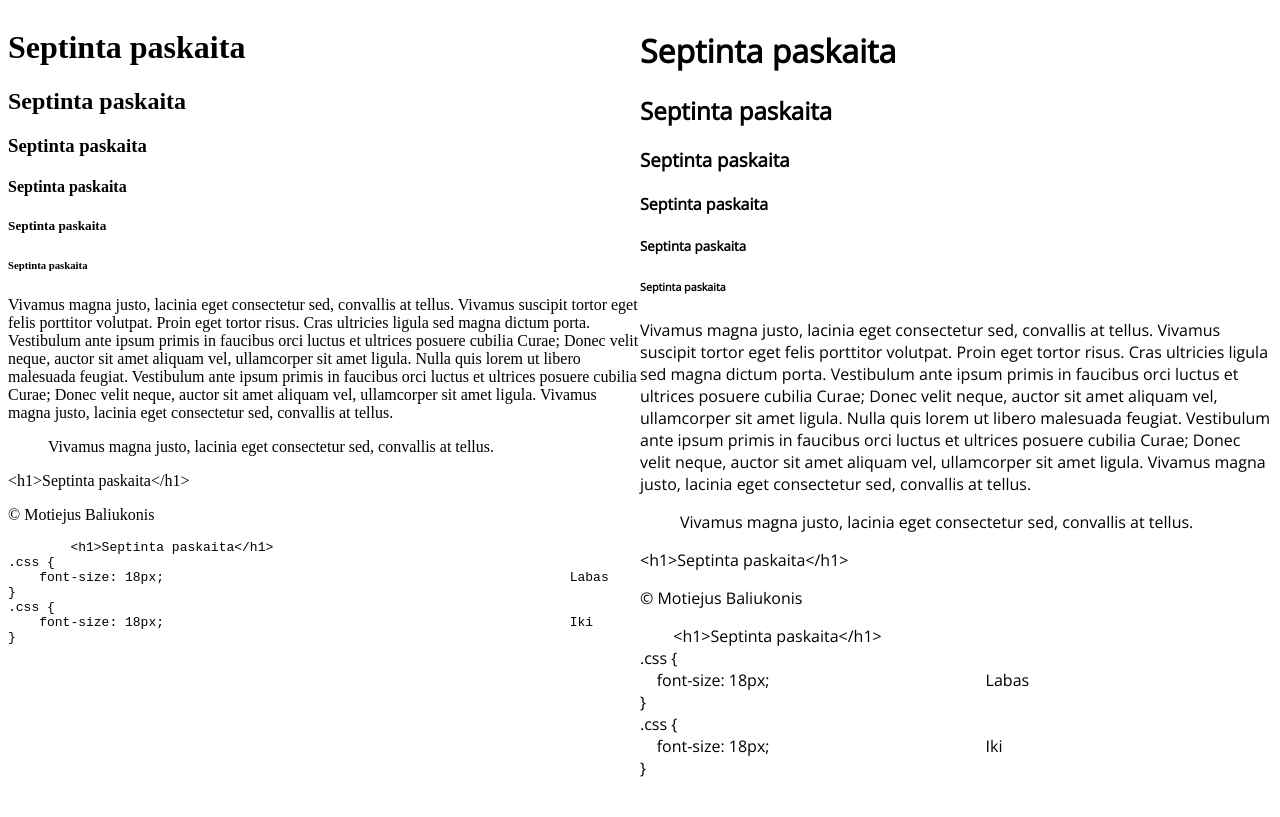
Repository: motiejus1/07-paskaita-05.31
Page: index.html
The author's editor kept a copy of each file at every save. The page is drawn from the files as they stood at one save, then again after the next save.
The browser window is 1280 px wide. The pictures show the whole page.

Above is the page before, as saved 2021-06-10 19:41:53.

### index.html
<!DOCTYPE html>
<html lang="en">
<head>
    <meta charset="UTF-8">
    <meta http-equiv="X-UA-Compatible" content="IE=edge">
    <meta name="viewport" content="width=device-width, initial-scale=1.0">
    <title>Septinta paskaita</title>

    <link rel="preconnect" href="https://fonts.gstatic.com">
    <link href="https://fonts.googleapis.com/css2?family=Open+Sans&display=swap" rel="stylesheet">
    <style>
        .container {
            width: 100%;
        }

        .left, .right {
            float:left;
            width: 50%;
        }

        .right {
            font-family: 'Open Sans', sans-serif;
        }

        .right pre {
            font-family: 'Open Sans', sans-serif;
        }


        .right h1 {
            /* font-family: 'Open Sans', sans-serif; */
        }

        .right h2 {

        }

    </style>
</head>
<body>
    <div class="container">
        <div class="left">
            <h1>Septinta paskaita</h1>
            <h2>Septinta paskaita</h2>
            <h3>Septinta paskaita</h3>
            <h4>Septinta paskaita</h4>
            <h5>Septinta paskaita</h5>
            <h6>Septinta paskaita</h6>

            <p>Vivamus magna justo, lacinia eget consectetur sed, convallis at tellus. Vivamus suscipit tortor eget felis porttitor volutpat. Proin eget tortor risus. Cras ultricies ligula sed magna dictum porta. Vestibulum ante ipsum primis in faucibus orci luctus et ultrices posuere cubilia Curae; Donec velit neque, auctor sit amet aliquam vel, ullamcorper sit amet ligula. Nulla quis lorem ut libero malesuada feugiat. Vestibulum ante ipsum primis in faucibus orci luctus et ultrices posuere cubilia Curae; Donec velit neque, auctor sit amet aliquam vel, ullamcorper sit amet ligula. Vivamus magna justo, lacinia eget consectetur sed, convallis at tellus.</p>

            <blockquote>Vivamus magna justo, lacinia eget consectetur sed, convallis at tellus.</blockquote>

            <p> &lt;h1&gt;Septinta paskaita&lt;/h1&gt;  </p>
            <p>&copy; Motiejus Baliukonis</p>

            <pre>
        &lt;h1&gt;Septinta paskaita&lt;/h1&gt;
.css {
    font-size: 18px;                                                    Labas
}
.css {
    font-size: 18px;                                                    Iki
}
            </pre>
        </div>
        <div class="right">
            <h1>Septinta paskaita</h1>
            <h2>Septinta paskaita</h2>
            <h3>Septinta paskaita</h3>
            <h4>Septinta paskaita</h4>
            <h5>Septinta paskaita</h5>
            <h6>Septinta paskaita</h6>

            <p>Vivamus magna justo, lacinia eget consectetur sed, convallis at tellus. Vivamus suscipit tortor eget felis porttitor volutpat. Proin eget tortor risus. Cras ultricies ligula sed magna dictum porta. Vestibulum ante ipsum primis in faucibus orci luctus et ultrices posuere cubilia Curae; Donec velit neque, auctor sit amet aliquam vel, ullamcorper sit amet ligula. Nulla quis lorem ut libero malesuada feugiat. Vestibulum ante ipsum primis in faucibus orci luctus et ultrices posuere cubilia Curae; Donec velit neque, auctor sit amet aliquam vel, ullamcorper sit amet ligula. Vivamus magna justo, lacinia eget consectetur sed, convallis at tellus.</p>

            <blockquote>Vivamus magna justo, lacinia eget consectetur sed, convallis at tellus.</blockquote>

            <p> &lt;h1&gt;Septinta paskaita&lt;/h1&gt;  </p>
            <p>&copy; Motiejus Baliukonis</p>

            <pre>
        &lt;h1&gt;Septinta paskaita&lt;/h1&gt;
.css {
    font-size: 18px;                                                    Labas
}
.css {
    font-size: 18px;                                                    Iki
}
            </pre>
        </div>
    </div>
</body>
</html>

After the next save:
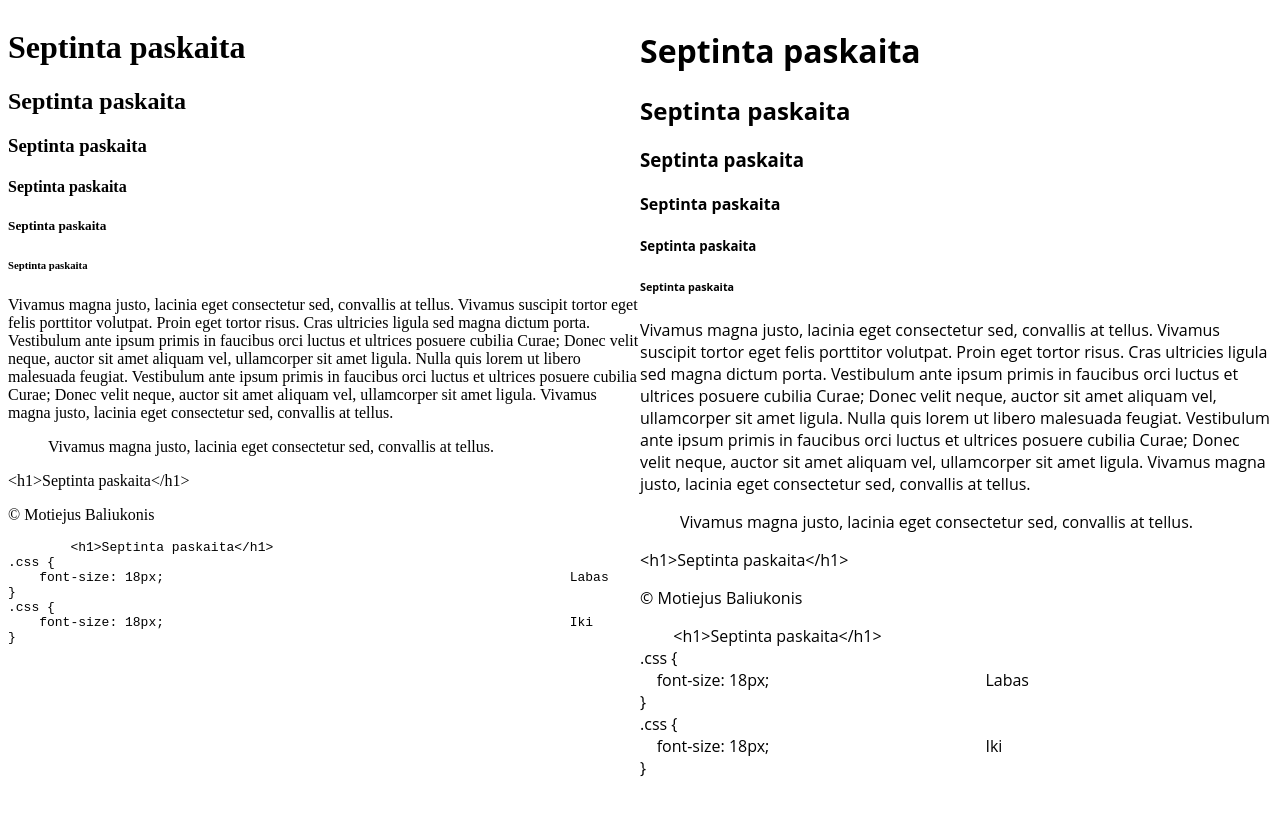
Saved 15 s later.
--- a/index.html
+++ b/index.html
@@ -6,8 +6,8 @@
     <meta name="viewport" content="width=device-width, initial-scale=1.0">
     <title>Septinta paskaita</title>
 
-    <link rel="preconnect" href="https://fonts.gstatic.com">
-    <link href="https://fonts.googleapis.com/css2?family=Open+Sans&display=swap" rel="stylesheet">
+    <!-- <link rel="preconnect" href="https://fonts.gstatic.com">
+    <link href="https://fonts.googleapis.com/css2?family=Open+Sans&display=swap" rel="stylesheet"> -->
     <style>
         .container {
             width: 100%;

After the save that followed:
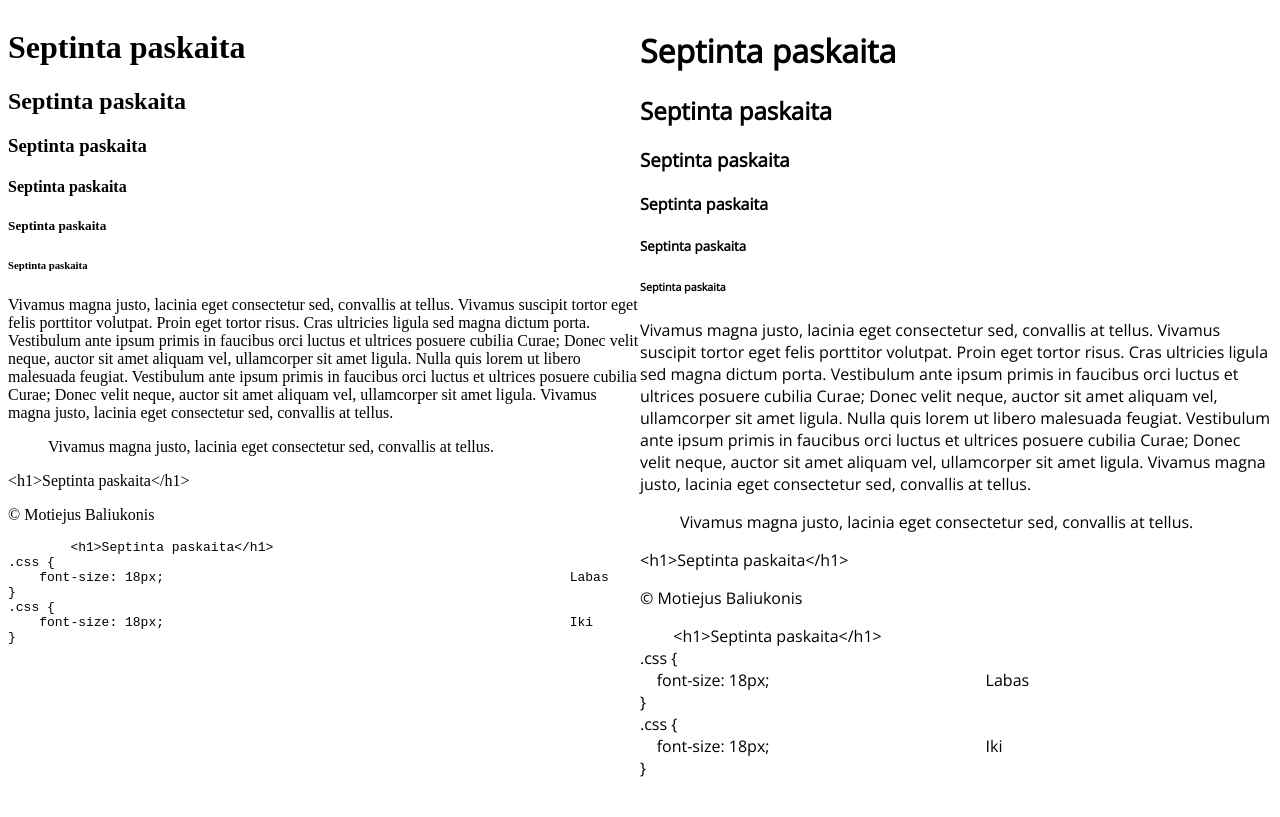
Saved 91 s later.
--- a/index.html
+++ b/index.html
@@ -6,8 +6,8 @@
     <meta name="viewport" content="width=device-width, initial-scale=1.0">
     <title>Septinta paskaita</title>
 
-    <!-- <link rel="preconnect" href="https://fonts.gstatic.com">
-    <link href="https://fonts.googleapis.com/css2?family=Open+Sans&display=swap" rel="stylesheet"> -->
+    <link rel="preconnect" href="https://fonts.gstatic.com">
+    <link href="https://fonts.googleapis.com/css2?family=Open+Sans&display=swap" rel="stylesheet">
     <style>
         .container {
             width: 100%;
